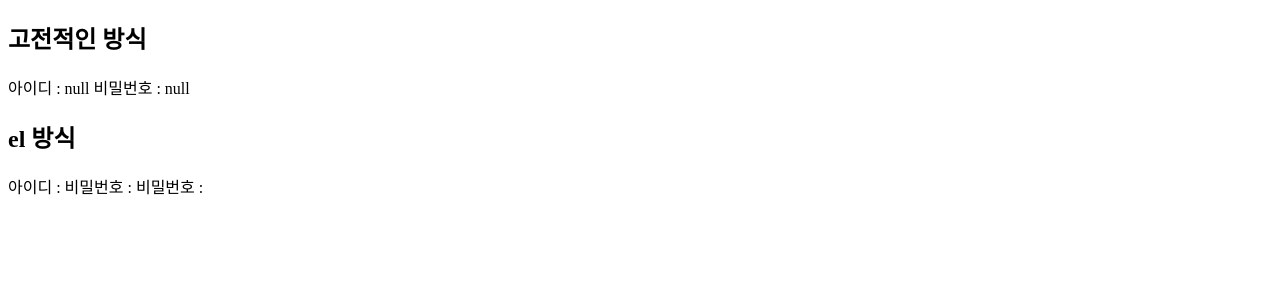
Repository: sinaboro/JSP201310
Page: http://localhost/web-study-07/04_testLogin.jsp
An editor plug-in stored every save of this project. The page is shown before and after the next save, followed by the edit.
The browser window is 1280 px wide. The pictures show the whole page.
The page is served by Tomcat 9.

Above is the page before, as saved 2023-10-12 02:08:31.

After the next save:
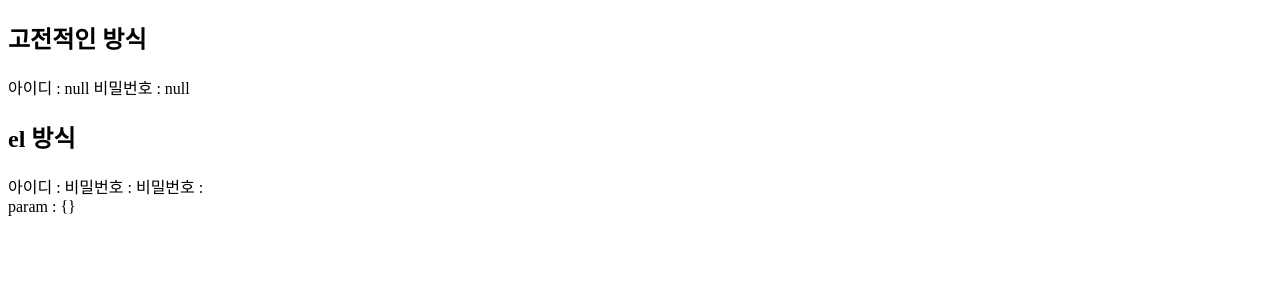
Saved 40 s later.
--- a/web-study-07/src/main/webapp/04_testLogin.jsp
+++ b/web-study-07/src/main/webapp/04_testLogin.jsp
@@ -14,6 +14,7 @@
 	<h2>el  방식</h2>
 	아이디 : ${param.id }
 	비밀번호 : ${param["pwd"]}
-	비밀번호 : ${param.pwd}
+	비밀번호 : ${param.pwd} <br>
+	param : ${param}
 </body>
 </html>
